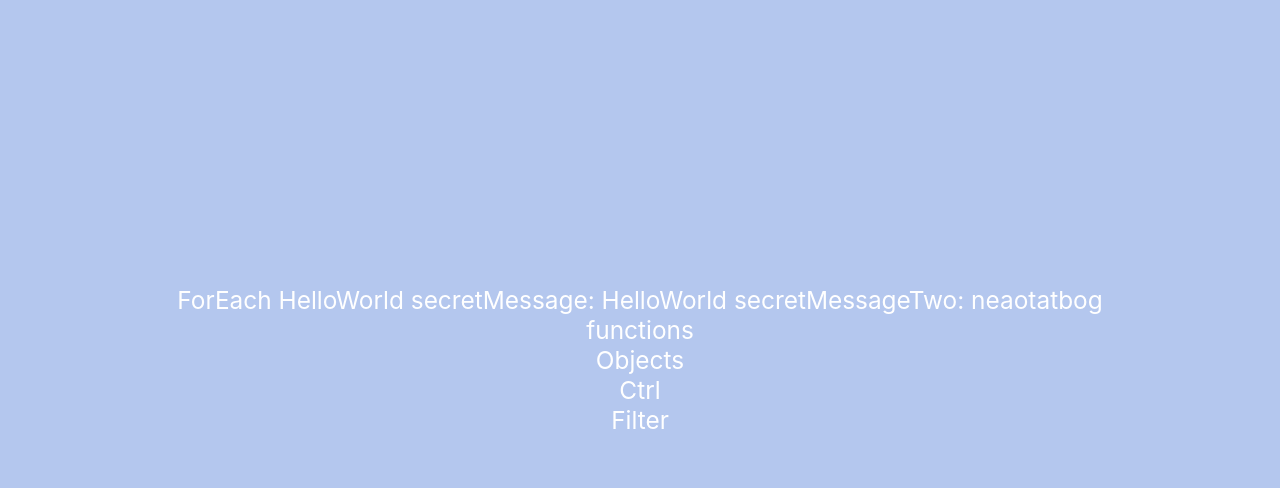
Repository: AdrianaLarsson/learning-react
Page: /
An editor plug-in stored every save of this project. The page is shown before and after a run of saves, followed by the edit.
The browser window is 1280 px wide. The pictures show the whole page.
The project was rebuilt for these pictures with package versions that can differ from the ones it lists, and the page was loaded fresh each time.

Above is the page before, as saved 2021-02-11 07:52:17.

### src/App.tsx
import React from 'react';
import './App.css';
import ForEach from './components/forEach'
import Functions from './components/functions'
import Objects from './components/objects'
import Ctrl from './components/ctrl'
import Filter from './components/filter'
import Arrays from './components/arrays'


function App() {

  const newNumbers = [1, 3, 5, 7 ]

const newSum = newNumbers.reduce((accu,currentVal)=>{
  console.log('The value acc: ', accu)
  console.log('The value of currentVal: ',currentVal)
  return currentVal
},10)


const newNumbers2 = [1, 3, 5, 7];

// const newSum2 = newNumbers2.reduce((accumulator, currentValue) => {
//   console.log('The value of accumulator: ', accumulator);
//   console.log('The value of currentValue: ', currentValue);

// return accumulator + currentValue
// }, 10);

const newSum2 = newNumbers2.reduce((acc,curr)=>{
 console.log('The value of accumulator: ', acc);
console.log('The value of currentValue: ', curr);
  return acc + curr
})

console.log(newSum);
console.log('newSum: ', newSum2);



  return (
    <div className="App">
      <header className="App-header">
        <ForEach/>
        <Functions/>
        <Objects/>
        <Ctrl/>
        <Filter/>
      </header>
    </div>
  );
}

export default App;

### src/App.css
.App {
  text-align: center;
}

.App-logo {
  height: 40vmin;
  pointer-events: none;
}

@media (prefers-reduced-motion: no-preference) {
  .App-logo {
    animation: App-logo-spin infinite 20s linear;
  }
}

.App-header {
  background-color: #b4c7ee;
  min-height: 100vh;
  display: flex;
  flex-direction: column;
  align-items: center;
  justify-content: center;
  font-size: calc(10px + 2vmin);
  color: white;
}

.App-link {
  color: #61dafb;
}

@keyframes App-logo-spin {
  from {
    transform: rotate(0deg);
  }
  to {
    transform: rotate(360deg);
  }
}

### src/components/forEach.tsx
import React from 'react';

function ForEach() {
  //foreach
  const fruits = ["mango", "papaya", "pinapple", "apple"];
  fruits.forEach((fruit) => {
    console.log("fruit: ", fruit);
  });
  function printFruits(element: any) {
    console.log("I want to eat: ", element);
  }
  fruits.forEach(printFruits);
  fruits.forEach((fruit) => console.log(`Jag vill äta ${fruit}`));

  const numbers = [1, 2, 3, 4, 5];
  const bigNumbers = numbers.map((number) => {
    return number * 100;
  });
  console.log("bignumbers : ", bigNumbers);

  const animals = [
    "Hen",
    "elephant",
    "llama",
    "leopard",
    "ostrich",
    "Whale",
    "octopus",
    "rabbit",
    "lion",
    "dog",
  ];
  const secretMessage = animals.map((animal) => animal[0]);
  const secretMessageTwo = animals.map((animal) => animal[2]);
  const joinS = secretMessage.join("");
  console.log("Secret message: ", joinS);
  const j = animals.join(); //expected output: Hen,elephant,llama,leopard,ostrich,Whale,octopus,rabbit,lion,dog
  console.log("animals.join(): ", j);
  const jo = animals.join("");
  console.log("animals.join(''): ", jo);
  const smallNum  = bigNumbers.map(num => num/100);
  console.log('smallNumbers: ', smallNum);

  const words = ['chair', 'music', 'pillow', 'brick', 'pen', 'door'];

  const shortWords = words.filter(word =>{
    return word.length < 5;
  })
  console.log('shortWords: ', shortWords);

  const randomNumbers = [375, 200, 3.14, 7, 13, 852];
  const less = randomNumbers.filter(num => num > 250)
  console.log('Less: ', less)

const favoriteWords = ['nostalgia', 'hyperbole', 'fervent', 'esoteric', 'serene'];
  const longFavoriteWords = favoriteWords.filter(word => {
    return word.length > 5;
  })
  console.log('longFavoriteWords: ', longFavoriteWords);

  const jumbledNums = [123, 25, 78, 5, 9];
  const lessThanTen = jumbledNums.findIndex(num => {
    return num < 10;
  })
  console.log('lessThanTen: ', lessThanTen);
  console.log('lessThanTen index 3: ', jumbledNums[3]);

  return (
    <div>
      ForEach {joinS} secretMessage: {secretMessage} secretMessageTwo: {secretMessageTwo}
    </div>
  );
}

export default ForEach;

### src/components/functions.tsx
import React from 'react'


function Functions(){


    return(
        <div>functions</div>

    )
}

export default Functions;

### src/components/objects.tsx
import React from 'react'


function Objects(){
let object1 = [1,8,10]
let object2 = [
    {id: 9, name: 'jenny'},
    {id: 8, name: 'tina'},
    {id: 7, name: 'marie'}
]
/* let obj;
object2.map((name)=>{
  obj = name ? name.name = 'adriana': name
  return object2
}) */
//console.log('object2: ', object2)
let obj;
    object2.map((object2Id)=>{
      object1.map((id)=>{
       obj = object2Id.id === id ? object2Id.name = 'adriana' : object2Id
       return object2
    })

})
console.log('objt 2', object2)

    return(
        <div>Objects</div>

    )
}

export default Objects;

### src/components/ctrl.tsx
import React from 'react'


function Ctrl(){



    return(
        <div>Ctrl

        </div>

    )
}

export default Ctrl;

### src/components/filter.tsx
import React from "react";

function Filter() {

  const objadriana = [
    { id: 4, name: "adriana" },
    { id: 8, name: "pedroza" },
    { id: 9, name: "larsson" },
  ];

  const a = "adriana";
  const filt = objadriana.filter((n) => n.name === a);
  console.log("filter: ", filt);

  return <div>Filter</div>;
}

export default Filter;

### src/components/arrays.tsx
import React from 'react'

function Arrays() {

    return (
        <div>Arrays</div>
    )
}

export default Arrays;

Loaded but not shown: public/index.html (common file); src/index.tsx (common file); src/index.css (common file); src/reportWebVitals.ts (common file)

After the next 4 saves:
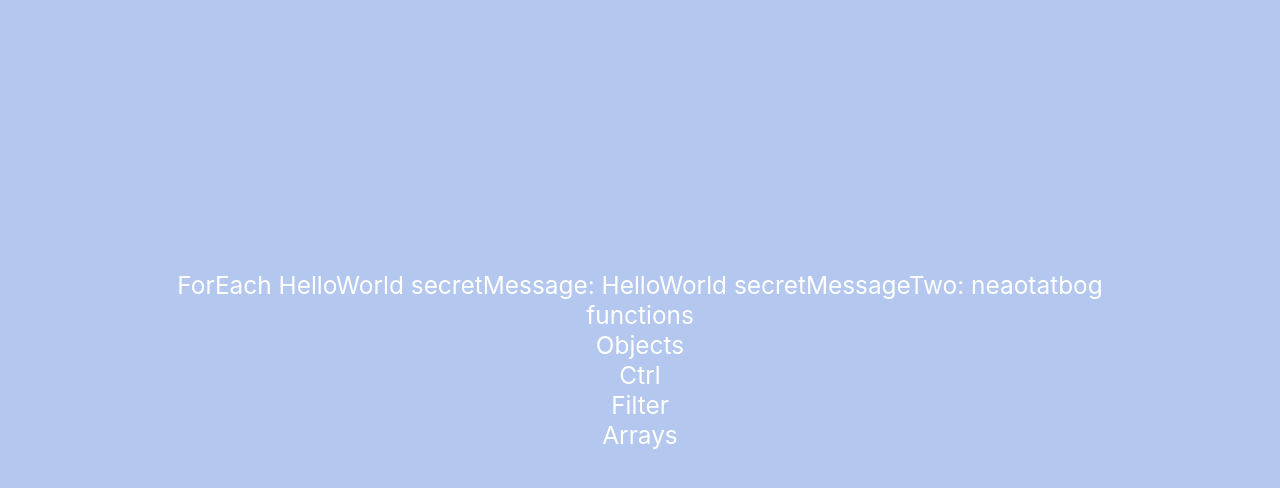
The 4 saves are shown as one change because they came seconds apart.
The last was saved 10 s later.
--- a/src/App.tsx
+++ b/src/App.tsx
@@ -47,6 +47,7 @@ console.log('newSum: ', newSum2);
         <Objects/>
         <Ctrl/>
         <Filter/>
+        <Arrays/>
       </header>
     </div>
   );
